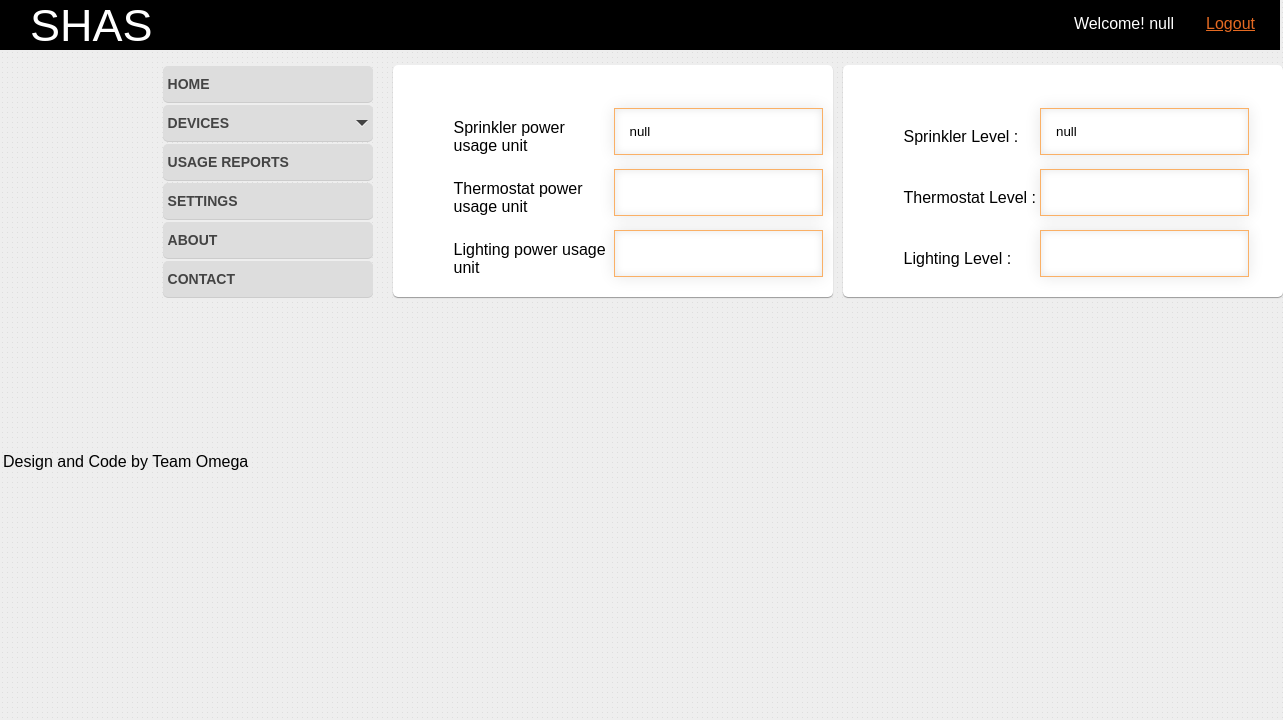
Repository: hassan-stash/shas
Page: http://localhost/SHAS/success.jsp
These files come from the project's save history. The page is drawn as it stood at one moment and after the next save; the edit follows.
The browser window is 1280 px wide. The page is 1283 px wide, so the pictures cover 1283 px, including what lies to the right of the window. The pictures show the whole page.
Some web fonts or font styles are not loaded; a fallback is used. The page is served by Tomcat 9.

Above is the page before, as saved 2013-04-06 23:45:22.
Console error: TypeError: Cannot read properties of undefined (reading 'timepicker')

After the next save:
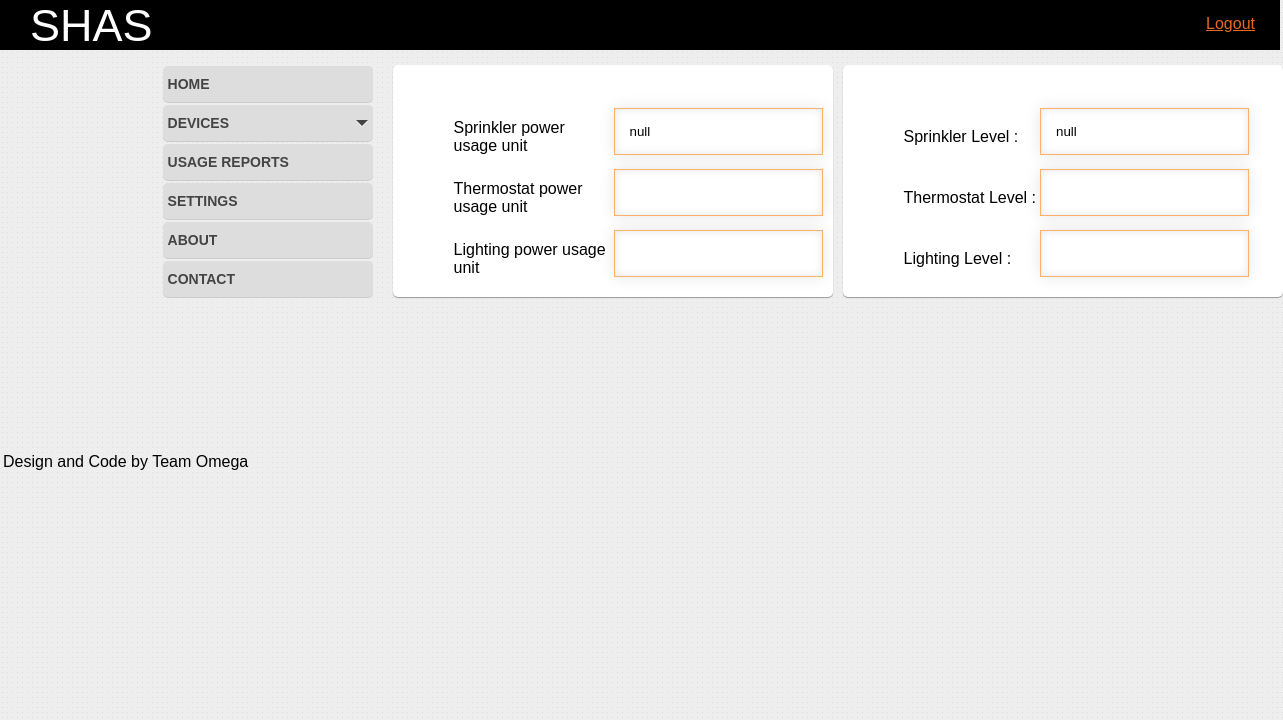
Saved 112 s later.
--- a/SHAS/WebContent/success.jsp
+++ b/SHAS/WebContent/success.jsp
@@ -346,7 +346,7 @@ button:hover {
 <!-- end of logout div -->
 <div id="welcomeName">
 <%
-	out.print("Welcome! " + session.getAttribute("sUserID"));
+
 %>
 </div>
 <!-- end of welcomeName --></div>
